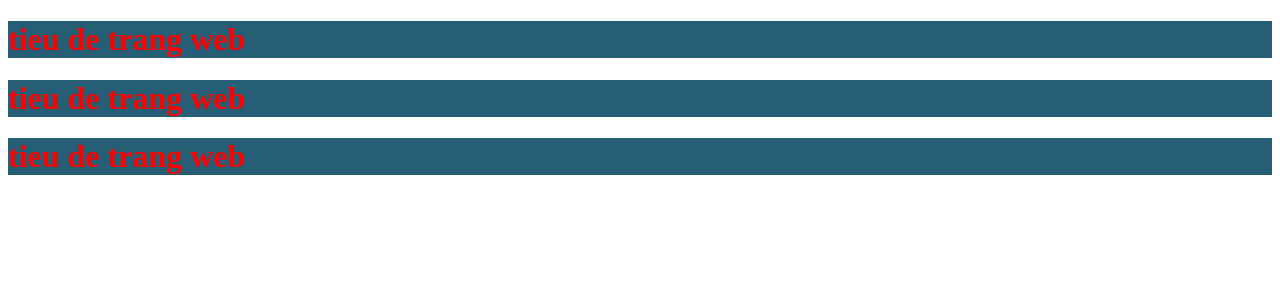
Repository: quocanh1010/quocanh1010.github.io
Page: Front End bai 1 2/index.html
These files come from the project's save history. The page is drawn as it stood at one moment and after the next save; the edit follows.
The browser window is 1280 px wide. The pictures show the whole page.

Above is the page before, as saved 2021-04-16 20:20:07.

After the next save:
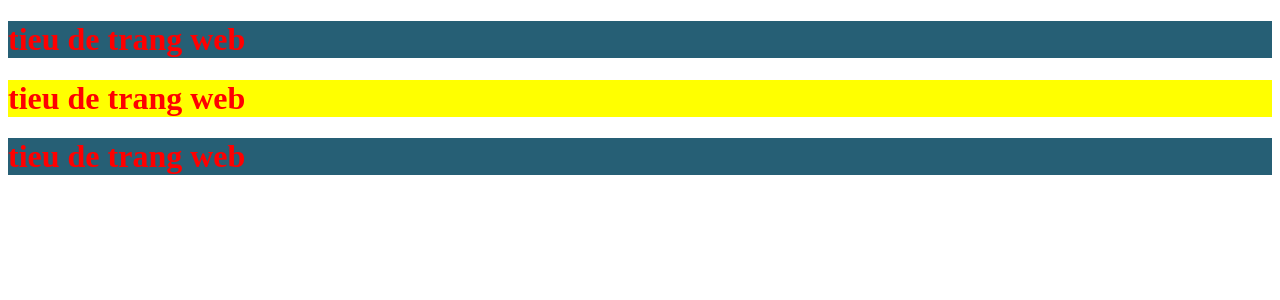
Saved 87 s later.
--- a/Front End bai 1 2/index.html
+++ b/Front End bai 1 2/index.html
@@ -13,6 +13,9 @@
             color:red;
             background: rgb(38, 95, 117);
         }
+        .mau-vang {
+            background: yellow;
+        }
     </style>
 
 </head>
@@ -20,7 +23,7 @@
 <body>
 
     <h1>tieu de trang web</h1>
-    <h1>tieu de trang web</h1>
+    <h1 class="mau-vang">tieu de trang web</h1>
     <h1>tieu de trang web</h1>
 
 
